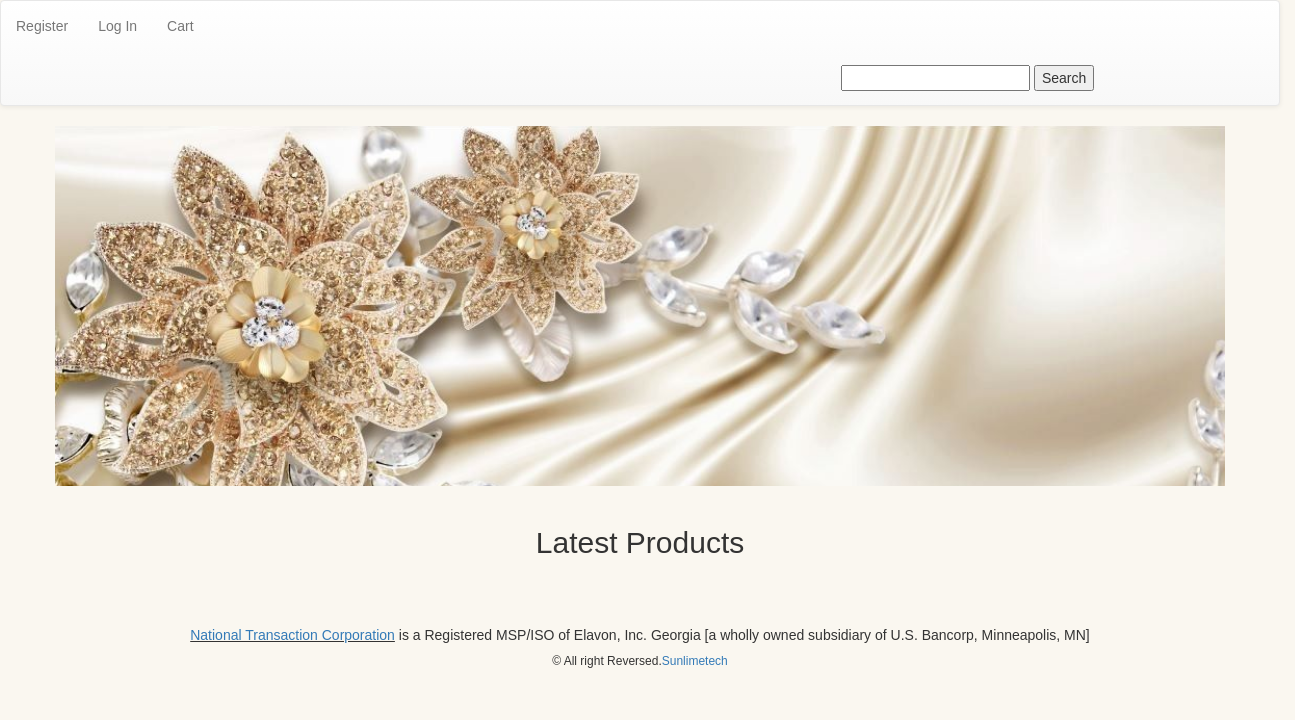
Repository: darhewitt/darragh-ecom
Page: templates/base.html
The author's editor kept a record of every edit. The page is drawn from the files as they stood at one moment, then again after the next edit.
The browser window is 1280 px wide. The page is 1295 px wide, so the pictures cover 1295 px, including what lies to the right of the window. The pictures show the whole page.
Some icons come from a web library that is not loaded, so they are not drawn. Some web libraries are served in a nearby version. The template is drawn by Django 2.2. The application's start-up code is not run. The template is opened directly, without the code that normally fills it, so the values that code supplies are empty.

Above is the page before.
Console error (its wording comes from the project's code and is left out).

After the next edit:
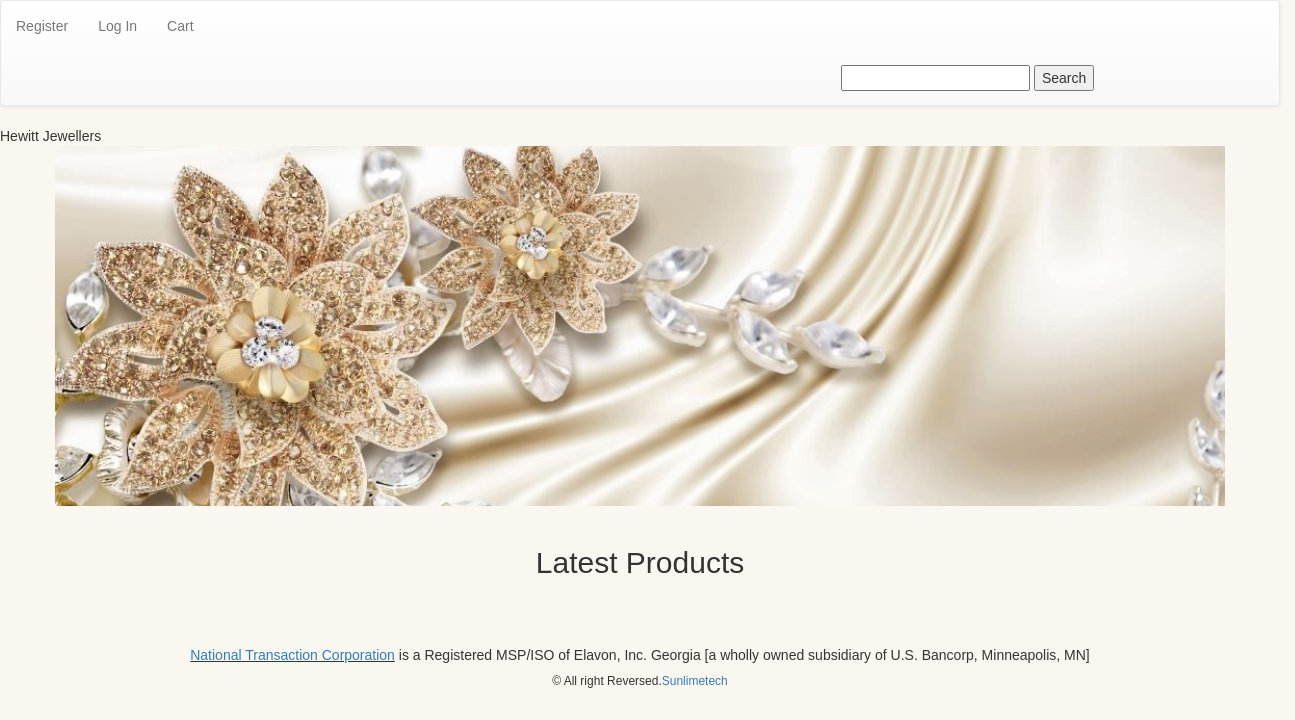
The edit:
--- a/templates/base.html
+++ b/templates/base.html
@@ -42,6 +42,7 @@
                     </li>
             </ul>
         </nav>
+        <divclass="container logo">Hewitt Jewellers</div>
         <div class="container background-image">
         <div class="row first-info" style="background-image: url({% static 'css/jewel-background.jpg' %})"></div>
         </div>
